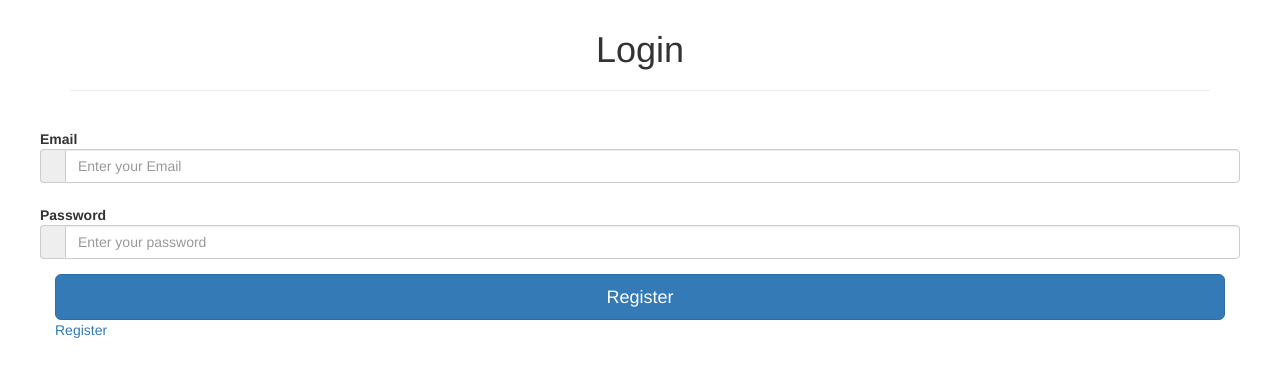
Repository: kakadiyahardik/Enterprice-Computing
Page: http://localhost/InventoryManage/user/login.jsp
An editor plug-in stored every save of this project. The page is shown before and after the next save, followed by the edit.
The browser window is 1280 px wide. The pictures show the whole page.
Some web libraries are served in a nearby version. The page is served by Tomcat 9. Other server files are loaded and not shown.

Above is the page before, as saved 2017-04-08 10:03:05.

### InventoryManage/WebContent/user/login.jsp
<%@ page language="java" contentType="text/html; charset=ISO-8859-1"
    pageEncoding="ISO-8859-1" import="java.util.ArrayList, model.Category,dao.*"%>

<!DOCTYPE html PUBLIC "-//W3C//DTD HTML 4.01 Transitional//EN" "http://www.w3.org/TR/html4/loose.dtd">
<html>
<head>
<meta http-equiv="Content-Type" content="text/html; charset=ISO-8859-1">
<title>login</title>
<meta charset="utf-8">
		  <meta name="viewport" content="width=device-width, initial-scale=1">
		  <link rel="stylesheet" href="https://maxcdn.bootstrapcdn.com/bootstrap/3.3.7/css/bootstrap.min.css">
		  <script src="https://ajax.googleapis.com/ajax/libs/jquery/3.2.0/jquery.min.js"></script>
		  <script src="https://maxcdn.bootstrapcdn.com/bootstrap/3.3.7/js/bootstrap.min.js"></script>

    </head>
    <body>


	<body>
		<div class="container">
			<div class="row main">
				<div class="panel-heading">
	               <div class="panel-title text-center">
	               		<h1 class="title">Login</h1>
	               		<hr />
	               	</div>
	            </div>
				<div class="main-login main-center">
					<form class="form-horizontal" method="post" action="#">

						<div class="form-group">
							<label for="name" class="cols-sm-2 control-label">Email</label>
							<div class="cols-sm-10">
								<div class="input-group">
									<span class="input-group-addon"><i class="fa fa-user fa" aria-hidden="true"></i></span>
									<input type="text" class="form-control" name="email" id="name"  placeholder="Enter your Email"/>
								</div>
							</div>
						</div>

						<div class="form-group">
							<label for="email" class="cols-sm-2 control-label">Password</label>
							<div class="cols-sm-10">
								<div class="input-group">
									<span class="input-group-addon"><i class="fa fa-envelope fa" aria-hidden="true"></i></span>
									<input type="text" class="form-control" name="password" placeholder="Enter your password"/>
								</div>
							</div>
						</div>

						<div class="submit">
							<input type="hidden" name="action" value="userlogin"/>
							<button type="submit" class="btn btn-primary btn-lg btn-block login-button">Register</button>
						</div>
						<div class="login-register">
				            <a href="user/registration.jsp">Register</a>
				         </div>
					</form>
				</div>
			</div>
		</div>

</body>
</html>

After the next save:
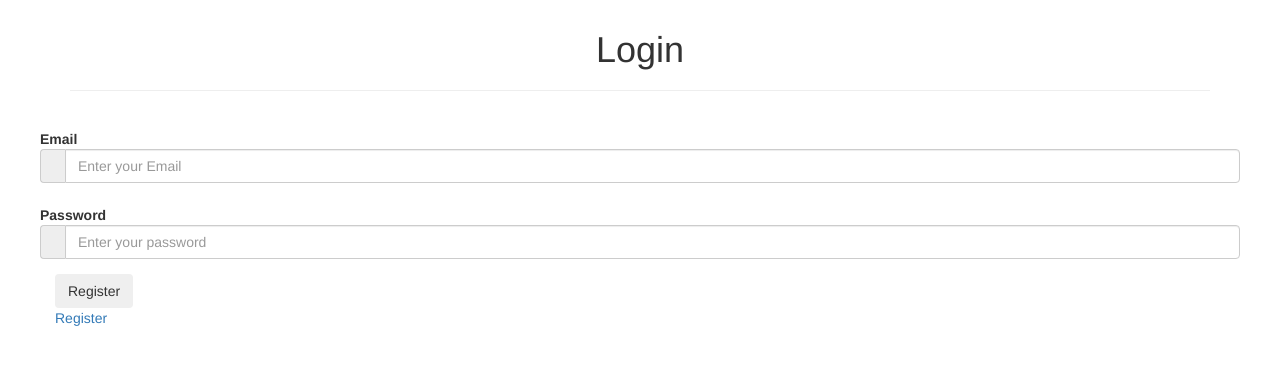
Saved 21 s later.
--- a/InventoryManage/WebContent/user/login.jsp
+++ b/InventoryManage/WebContent/user/login.jsp
@@ -50,7 +50,7 @@
 
 						<div class="submit">
 							<input type="hidden" name="action" value="userlogin"/>
-							<button type="submit" class="btn btn-primary btn-lg btn-block login-button">Register</button>
+							<button type="submit" class="btn login-button">Register</button>
 						</div>
 						<div class="login-register">
 				            <a href="user/registration.jsp">Register</a>
